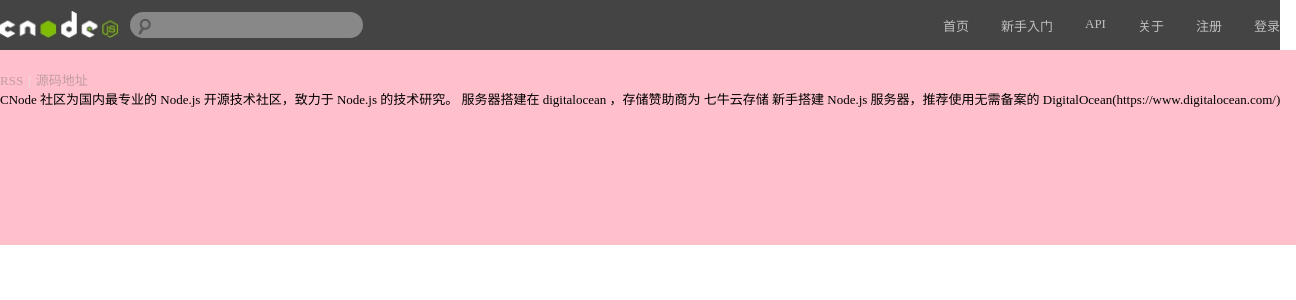
Repository: he-mengyao/pc-cnode-js
Page: /
These files come from the project's save history. The page is drawn as it stood at one moment and after the next save; the edit follows.
The browser window is 1280 px wide. The page is 1296 px wide, so the pictures cover 1296 px, including what lies to the right of the window. The pictures show the whole page.
The project was rebuilt for these pictures with package versions that can differ from the ones it lists, and the page was loaded fresh each time.

Above is the page before, as saved 2021-06-20 09:35:20.

After the next save:
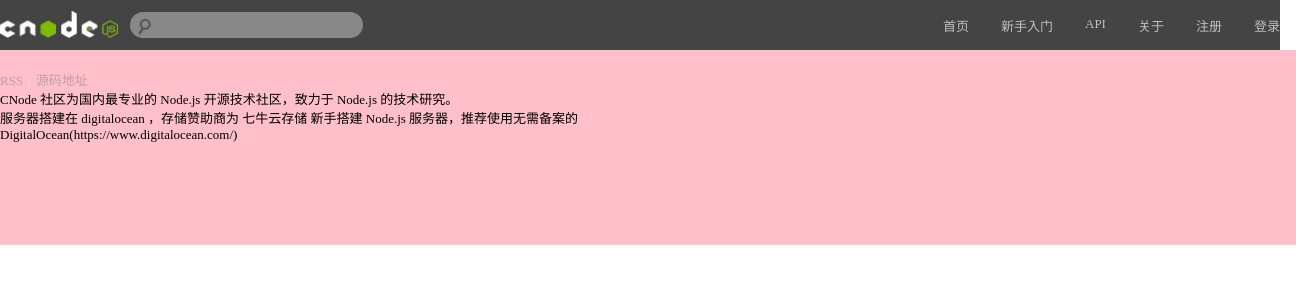
Saved 16 s later.
--- a/src/components/Footerc/footerc.vue
+++ b/src/components/Footerc/footerc.vue
@@ -4,8 +4,9 @@
       <div class="links">RSS<span>|</span>源码地址</div>
       <div>
         CNode 社区为国内最专业的 Node.js 开源技术社区，致力于 Node.js
-        的技术研究。 服务器搭建在 digitalocean ，存储赞助商为 七牛云存储
-        新手搭建 Node.js 服务器，推荐使用无需备案的
+        的技术研究。<br />
+        服务器搭建在 digitalocean ，存储赞助商为 七牛云存储 新手搭建 Node.js
+        服务器，推荐使用无需备案的<br />
         DigitalOcean(https://www.digitalocean.com/)
       </div>
     </div>
